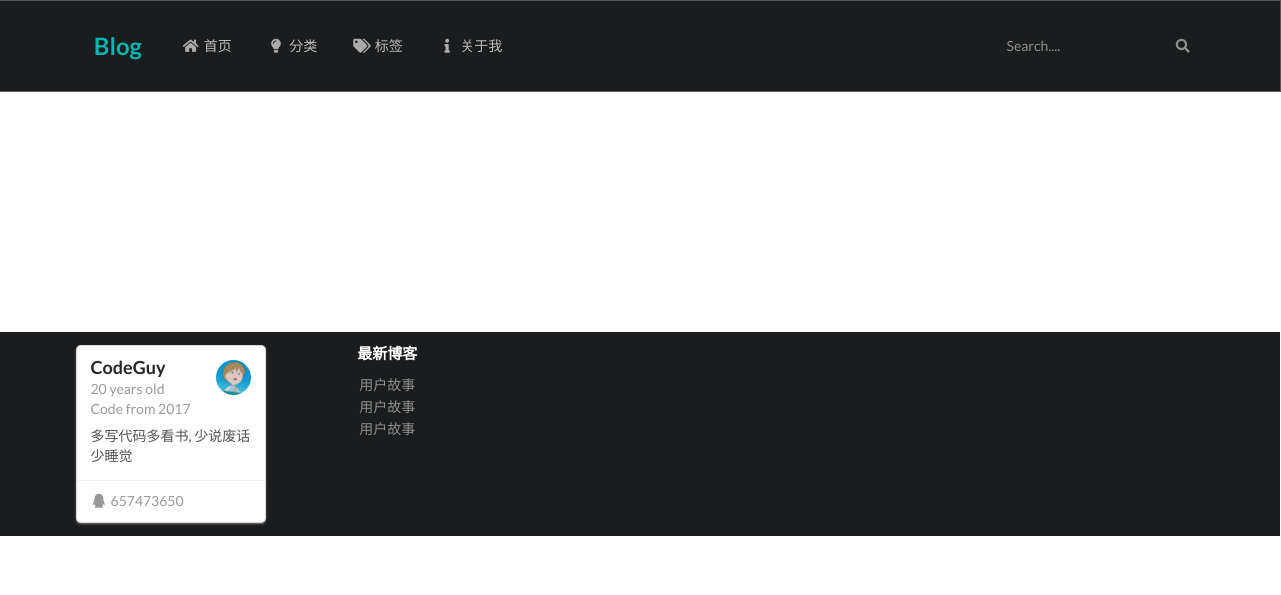
Repository: GOGOHQ/myblog
Page: index.html
These files come from the project's save history. The page is drawn as it stood at one moment and after the next save; the edit follows.
The browser window is 1280 px wide. The page is 1281 px wide, so the pictures cover 1281 px, including what lies to the right of the window. The pictures show the whole page.
Some web libraries are served in a nearby version.

Above is the page before, as saved 2020-01-16 15:31:54.

### index.html
<!DOCTYPE html>
<html lang="en">

<head>
    <meta charset="UTF-8">
    <meta name="viewport" content="width=device-width, inital-scale=1.0">
    <title>首页</title>
    <link rel="stylesheet" href="static/css/me.css">
    <link rel="stylesheet" href="https://cdn.jsdelivr.net/semantic-ui/2.2.4/semantic.min.css">
    <script src="https://cdn.jsdelivr.net/npm/jquery@3.2/dist/jqurey.min.js"></script>
    <script src="https://cdn.jsdelivr.net/semantic-ui/2.2.4/semantic.min.js"></script>
</head>

<body>
<!-- 导航 -->
<nav class="ui inverted  attached  segment m-padded-tb-mini">
    <div class="ui container">
        <div class="ui secondary inverted menu">
            <h2 class="ui teal header item">Blog</h2>
            <a href="#" class="item"><i class="home icon"></i>首页</a>
            <a href="#" class="item"><i class="idea icon"></i>分类</a>
            <a href="#" class="item"><i class="tags icon"></i>标签</a>
            <a href="#" class="item"><i class="info icon"></i>关于我</a>
            <div class="right item">
                <div class="ui icon  inverted transparent input">
                    <input type="text" placeholder="Search....">
                    <i class="search link icon"></i>
                </div>
            </div>
        </div>
    </div>
</nav>
<!-- 内容 -->
<div>
    <br> <br> <br> <br> <br> <br> <br> <br> <br> <br> <br> <br>
</div>
<!-- 底部 -->
<footer class="ui inverted vertical segment ">
    <div class="ui container">
        <div class="ui grid">
            <div class="three wide column">
                <div class="ui cards">
                    <div class="card">
                        <div class="content">
                            <img class="right circular floated mini ui image" src="static/images/avatar.jpg">
                            <div class="header">
                                CodeGuy
                            </div>
                            <div class="meta">
                                20 years old
                            </div>
                            <div class="meta">
                                Code from 2017
                            </div>
                            <div class="description">
                                多写代码多看书, 少说废话少睡觉
                            </div>
                        </div>
                        <div class="extra content">
                            <a>
                                <i class="qq icon"></i>657473650
                            </a>
                        </div>
                    </div>
                </div>
            </div>
            <div class="center aligned three wide column">
                <h4 class="ui inverted header">最新博客</h4>
                <div class="ui inverted link list">
                    <a href="#" class="item">用户故事</a>
                    <a href="#" class="item">用户故事</a>
                    <a href="#" class="item">用户故事</a>
                </div>
            </div>
            <div class="three wide column"></div>
            <div class="six wide column"></div>
        </div>
    </div>
</footer>
</body>


</html>

Loaded but not shown: static/css/me.css (no stored copy; drawn as an empty file)

After the next save:
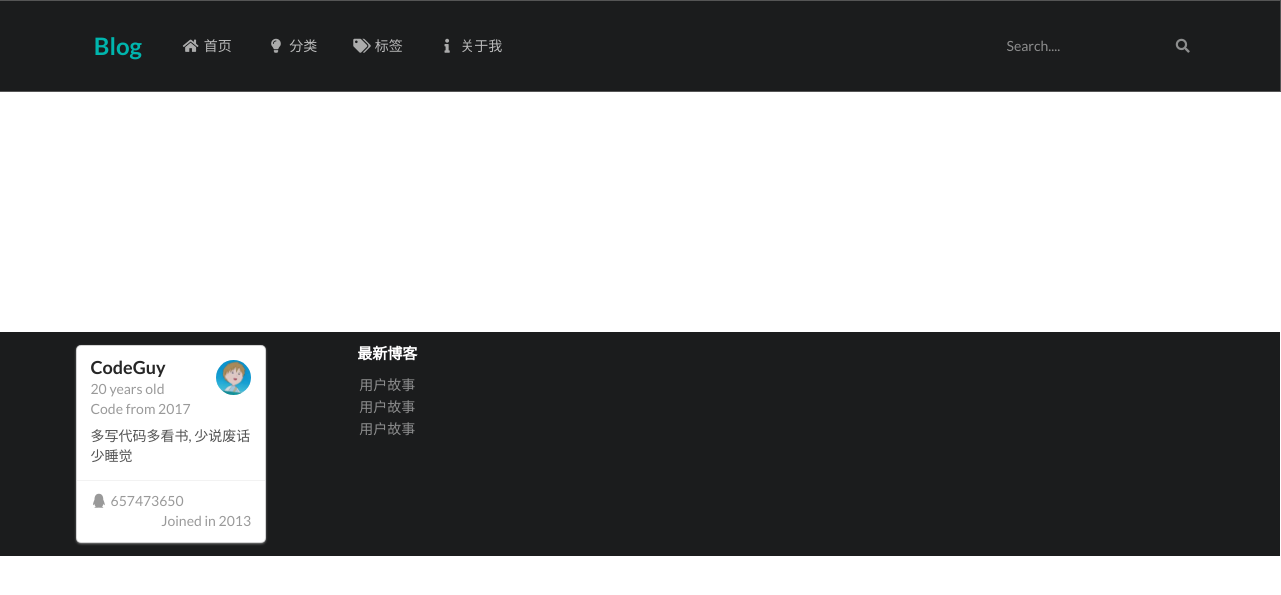
Saved 104 s later.
--- a/index.html
+++ b/index.html
@@ -60,6 +60,9 @@
                             <a>
                                 <i class="qq icon"></i>657473650
                             </a>
+                            <span class="right floated">
+                                    Joined in 2013
+                                  </span>
                         </div>
                     </div>
                 </div>
